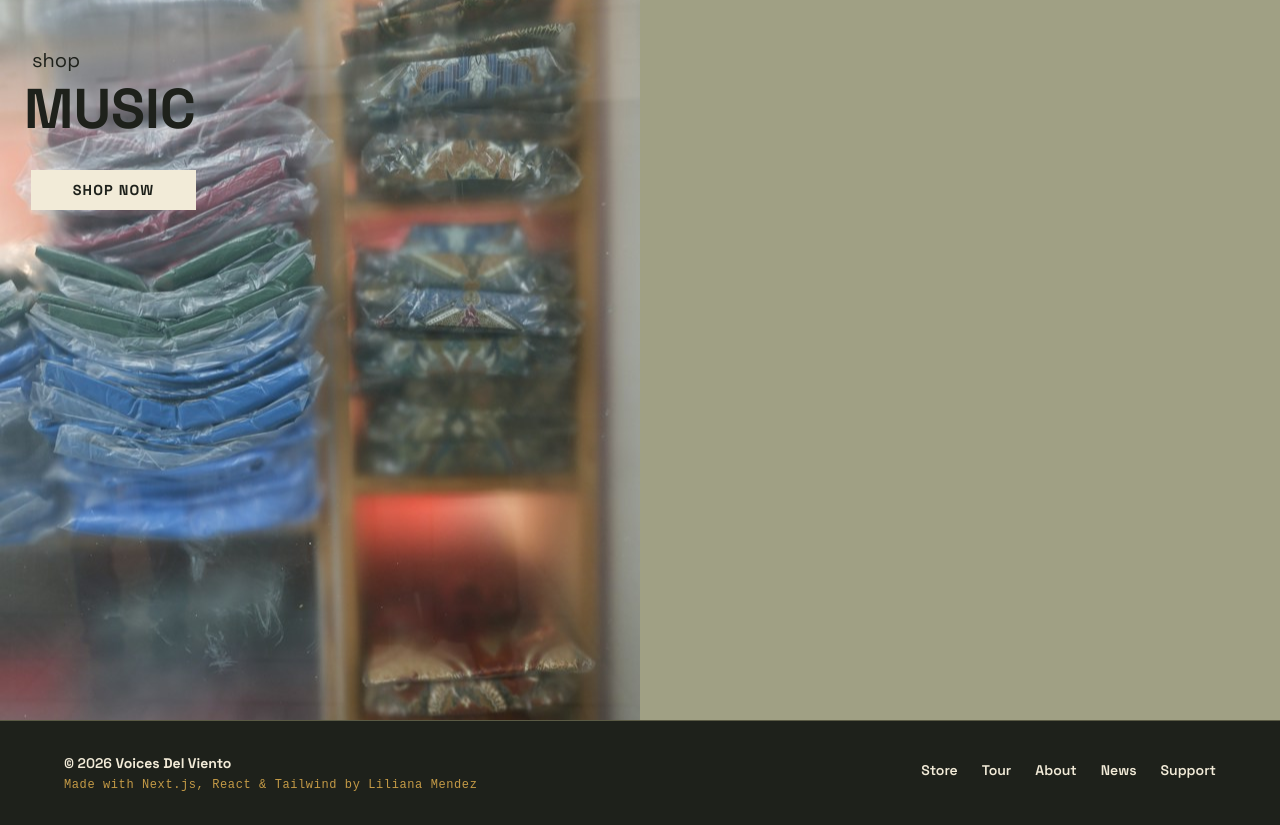
Repository: lime929/voices-del-viento
Page: /
These files come from the project's save history. The page is drawn as it stood at one moment and after the next save; the edit follows.
The browser window is 1280 px wide. The pictures show the part of the page from y = 601 to 1426 px (the page is 1426 px tall).
The project was rebuilt for these pictures with package versions that can differ from the ones it lists, and the page was loaded fresh each time. The framework's server and built-in components were replaced by stand-ins that run in the browser. Also part of the build but not shown: next.config.mjs.

Above is the page before, as saved 2026-09-27 16:01:44.

### app/layout.jsx
import '../app/globals.css';
import Footer from '../app/components/Footer';
import NavBar from '../app/components/NavBar';


export const metadata = {
  title: "Voces del Viento",
  description:
    "Voces del Viento is a Mexican indie rock band from Michoacán, blending classic Latin rock influences with modern sounds inspired by Caifanes, Juanes, and Los Enanitos Verdes. Discover their heartfelt music, cultural roots, and energetic live performances.",
  keywords: [
    "Voces del Viento",
    "Mexican indie rock",
    "Michoacán, Mexico",
    "Latin rock",
    "Alternative music",
    "band from Mexico",
    "indie music",
  ],
};

export default function MainLayout({ children }) {
  return (
    <html lang="en">
      <body>
        <NavBar />
        {children}
        <Footer />
      </body>
    </html>
  );
}

### app/page.jsx
import styles from "./page.module.css"

export const metadata = {
  title: "Voces del Viento",
  description:
    "Welcome to the official website of Voces del Viento, a Mexican indie rock band from Michoacán blending classic Latin rock influences with modern indie sound.",
  keywords: [
    "Voces del Viento",
    "Mexican indie rock",
    "Mexican rock band",
    "Michoacán band",
    "Latin rock",
    "indie music",
    "Mexican alternative music",
    "Voces del Viento music",
    "new Mexican music",
    "live band performances",
    "band tour",
    "Mexican indie band",
  ],
};

export default function Home() {
  return (
    <>
    <main>
          <section className={styles.videoBanner}>
        <video
          className={styles.bannerVideo}
          autoPlay
          loop
          muted
          playsInline
          preload="metadata"
          aria-hidden="true"
        >
          <source src="/images/home/home-banner.mp4" type="video/mp4" />
        </video>

        <div className={styles.videoOverlay} />

        <div className={styles.videoContent}>
          <p className={styles.videoEyebrow}>new</p>
          <h1>noche eterna</h1>
          <p>
            Another story, told through music.
          </p>
          <a href="/store/music" className={styles.bannerButton}>shop now</a>
        </div>
      </section>

      <section className={styles.shopGrid}>
            <article className={styles.gridCard}>
      <p>shop</p>
      <h2>music</h2>
       <a href="/store/music" className={styles.bannerButton}>shop now</a>
    </article>
      </section>

    </main>

    </>
  );
}

### app/globals.css
/* @import url("https://fonts.googleapis.com/css2?family=Bebas+Neue&family=DM+Sans:opsz,wght@9..40,400;9..40,500;9..40,600;9..40,700&family=Space+Mono:wght@400;700&display=swap");
@import url('https://fonts.googleapis.com/css2?family=Space+Grotesk:wght@300..700&display=swap'); */

@import url('https://fonts.googleapis.com/css2?family=Archivo+Black&family=Bebas+Neue&family=DM+Sans:ital,opsz,wght@0,9..40,100..1000;1,9..40,100..1000&family=Oswald:wght@200..700&family=Roboto+Mono:ital,wght@0,100..700;1,100..700&family=Space+Grotesk:wght@300..700&display=swap');
@import "tailwindcss";

@theme {
      /* Large headings and album titles */
  --font-display: "Bebas Neue", sans-serif;
    /* Paragraphs, navigation, and buttons */
  --font-body: "Space Grotesk", sans-serif;
    /* Dates, labels, and small details */
  --font-mono: "Space Mono", monospace;

    /* Main page background */
  --color-band-bg: #A0A084;
    /* Main text, dark sections & footer */
  --color-band-ink: #1E211B;
    /* Text on dark/red backgrounds */
  --color-band-cream: #F2EBD8;
    /* Borders and secondary accents */
  --color-band-olive: #5a5a44;
    /* Small highlights and labels */
  --color-band-gold: #C49A46;
}

body {
  font-family: var(--font-body);
  background-color: var(--color-band-bg);
  color: var(--color-band-ink);
  margin: 0;
  padding: 0;
}

### app/components/Footer.jsx
'use client';

import { usePathname } from "next/navigation";
export default function Footer() {
    const pathname = usePathname();

  return (
    <footer className="border-t border-band-olive bg-band-ink py-8 px-4 sm:px-6">
      <div className="mx-auto max-w-6xl">
        <div className="flex flex-col items-center justify-between gap-8 text-sm md:flex-row">
          {/* Copyright */}
          <div className="order-2 text-center md:order-1 md:text-left">
            <p className="font-semibold text-band-cream">
              © {new Date().getFullYear()}{' '}
              <span className="font-black text-band-cream">Voices Del Viento</span>
            </p>
            <p className="mt-1 font-mono text-xs tracking-wider text-band-gold">
              Made with Next.js, React & Tailwind by Liliana Mendez
            </p>
          </div>

          {/* Right links */}
          <nav className="order-1 flex items-center gap-6 md:order-2">
            <a
              href="/store"
              className={`${
                      pathname === "/store" ? "border-b-2 border-band-gold text-band-gold" : "border-b-2 border-transparent text-band-cream hover:text-band-gold hover:border-band-gold"
                    } text-sm font-semibold pb-1 transition-all`}
            >
              Store
            </a>
            <a
              href="/tour"
              className={`${
                      pathname === "/tour" ? "border-b-2 border-band-gold text-band-gold" : "border-b-2 border-transparent text-band-cream hover:text-band-gold hover:border-band-gold"
                    } text-sm font-semibold pb-1 transition-all`}
            >
              Tour
            </a>
            <a
              href="/about"
              className={`${
                      pathname === "/about" ? "border-b-2 border-band-gold text-band-gold" : "border-b-2 border-transparent text-band-cream hover:text-band-gold hover:border-band-gold"
                    } text-sm font-semibold pb-1 transition-all`}
            >
              About
            </a>
            <a
              href="/news"
              className={`${
                      pathname === "/news" ? "border-b-2 border-band-gold text-band-gold" : "border-b-2 border-transparent text-band-cream hover:text-band-gold hover:border-band-gold"
                    } text-sm font-semibold pb-1 transition-all`}
            >
              News
            </a>
            <a
              href="/support"
              className={`${
                      pathname === "/support" ? "border-b-2 border-band-gold text-band-gold" : "border-b-2 border-transparent text-band-cream hover:text-band-gold hover:border-band-gold"
                    } text-sm font-semibold pb-1 transition-all`}
            >
              Support
            </a>
          </nav>
        </div>
      </div>
    </footer>
  );
}

### app/components/NavBar.jsx
'use client';
import { useState } from "react";
import Link from "next/link";
import Image from "next/image";
import { usePathname } from "next/navigation";
import { FaBars, FaTimes, FaFacebook, FaInstagram, FaYoutube, FaTwitter,FaSpotify } from "react-icons/fa";
import logoIcon from '../../app/icon.png';

export default function NavBar() {
  const [isMobileMenuOpen, setIsMobileMenuOpen] = useState(false);
  const pathname = usePathname();

  return (
    <>
      <nav className="bg-band-ink border-b border-band-olive sticky top-0 z-50">
        <div className="px-4 lg:px-6">
          <div className="relative flex h-24 items-center justify-between">

            {/* Mobile menu button: always positioned absolute left and hidden on md+ screens */}
            <div className="absolute inset-y-0 left-0 flex items-center md:hidden">
              <button
                onClick={() => setIsMobileMenuOpen(!isMobileMenuOpen)}
                className="inline-flex items-center justify-center p-2 rounded-md text-band-cream hover:text-band-gold hover:bg-band-olive/20 focus:outline-none focus:ring-2 focus:ring-band-gold"
                aria-controls="mobile-menu"
                aria-expanded={isMobileMenuOpen}
              >
                <span className="sr-only">Open main menu</span>
                {isMobileMenuOpen ? (
                  <FaTimes className="block h-6 w-6" />
                ) : (
                  <FaBars className="block h-6 w-6" />
                )}
              </button>
            </div>

            <div className="flex flex-1 items-center justify-center md:justify-start">
              <Link href="/" className="flex flex-shrink-0 items-center gap-2 hover:opacity-90 transition">
                <Image
                  src={logoIcon}
                  alt="Voices Del Viento Logo"
                  width={50}
                  height={50}
                  priority
                />

                <span className="hidden font-display text-4xl font-bold uppercase tracking-wide text-band-cream transition-colors hover:text-band-gold md:block md:mr-9">
                Voces Del Viento
                </span>
              </Link>


              <div className="hidden md:ml-6 md:block md:pt-2">
                <div className="flex space-x-4 lg:space-x-6">
                  <Link
                    href="/store"
                    className={`${
                      pathname === "/store" ? "border-b-2 border-band-gold text-band-gold" : "border-b-2 border-transparent text-band-cream hover:text-band-gold hover:border-band-gold"
                    } text-lg font-semibold pb-1 transition-all`}
                  >
                    Store
                  </Link>
                  <Link
                    href="/tour"
                    className={`${
                      pathname === "/tour" ? "border-b-2 border-band-gold text-band-gold" : "border-b-2 border-transparent text-band-cream hover:text-band-gold hover:border-band-gold"
                    } text-lg font-semibold pb-1 transition-all`}
                  >
                    Tour
                  </Link>
                  <Link
                    href="/about"
                    className={`${
                      pathname === "/about" ? "border-b-2 border-band-gold text-band-gold" : "border-b-2 border-transparent text-band-cream hover:text-band-gold hover:border-band-gold"
                    } text-lg font-semibold pb-1 transition-all`}
                  >
                    About
                  </Link>
                  <Link
                    href="/news"
                    className={`${
                      pathname === "/news" ? "border-b-2 border-band-gold text-band-gold" : "border-b-2 border-transparent text-band-cream hover:text-band-gold hover:border-band-gold"
                    } text-lg font-semibold pb-1 transition-all`}
                  >
                    News
                  </Link>
                  <Link
                    href="/support"
                    className={`${
                      pathname === "/support" ? "border-b-2 border-band-gold text-band-gold" : "border-b-2 border-transparent text-band-cream hover:text-band-gold hover:border-band-gold"
                    } text-lg font-semibold pb-1 transition-all`}
                  >
                    Support
                  </Link>
                </div>
              </div>
            </div>

            <div className="absolute inset-y-0 right-0 flex items-center pr-2 md:static md:ml-6 md:pr-0">
              <div className="flex items-center gap-2 text-band-cream">
             <a href="https://www.facebook.com/" target="_blank" className="relative p-2 rounded-full transition-transform duration-250 ease-in-out hover:scale-110 hover:text-band-gold">
                    <FaFacebook className="h-6 w-6" />
                </a>
             <a href="https://www.instagram.com/" target="_blank" className="relative p-2 rounded-full transition-transform duration-250 ease-in-out hover:scale-110 hover:text-band-gold">
                    <FaInstagram className="h-6 w-6"/>
                </a>
             <a href="https://www.youtube.com/" target="_blank" className="relative p-2 rounded-full transition-transform duration-250 ease-in-out hover:scale-110 hover:text-band-gold">
                    <FaYoutube className="h-6 w-6" />
                </a>
             <a href="https://www.x.com/" target="_blank" className="relative p-2 rounded-full transition-transform duration-250 ease-in-out hover:scale-110 hover:text-band-gold">
                    <FaTwitter className="h-6 w-6" />
                </a>
            <a href="https://www.spotify.com/" target="_blank" className="relative p-2 rounded-full transition-transform duration-250 ease-in-out hover:scale-110 hover:text-band-gold">
                    <FaSpotify className="h-6 w-6" />
                </a>
              </div>
            </div>
          </div>
        </div>

        {/* Mobile menu */}
        {isMobileMenuOpen && (
          <div className="md:hidden bg-band-ink/95 backdrop-blur-md border-t border-band-olive px-4 pb-4 pt-2 space-y-1">
            <Link
              href="/store"
              className={`${
                pathname === "/store" ? "bg-band-olive/20 text-band-cream" : "border-b-2 border-transparent text-band-cream hover:bg-band-olive/20 hover:text-band-gold"
              } block rounded-md px-3 py-3 text-base font-semibold transition-colors`}
              onClick={() => setIsMobileMenuOpen(false)}
            >
              Store
            </Link>
            <Link
              href="/tour"
              className={`${
                pathname === "/tour" ? "bg-band-olive/20 text-band-cream" : "border-b-2 border-transparent text-band-cream hover:bg-band-olive/20 hover:text-band-gold"
              } block rounded-md px-3 py-3 text-base font-semibold transition-colors`}
              onClick={() => setIsMobileMenuOpen(false)}
            >
              Tour
            </Link>
            <Link
              href="/about"
              className={`${
                pathname === "/about" ? "bg-band-olive/20 text-band-cream" : "border-b-2 border-transparent text-band-cream hover:bg-band-olive/20 hover:text-band-gold"
              } block rounded-md px-3 py-3 text-base font-semibold transition-colors`}
              onClick={() => setIsMobileMenuOpen(false)}
            >
              About
            </Link>
            <Link
              href="/news"
              className={`${
                pathname === "/news" ? "bg-band-olive/20 text-band-cream" : "border-b-2 border-transparent text-band-cream hover:bg-band-olive/20 hover:text-band-gold"
              } block rounded-md px-3 py-3 text-base font-semibold transition-colors`}
              onClick={() => setIsMobileMenuOpen(false)}
            >
              News
            </Link>
            <Link
              href="/support"
              className={`${
                pathname === "/support" ? "bg-band-olive/20 text-band-cream" : "border-b-2 border-transparent text-band-cream hover:bg-band-olive/20 hover:text-band-gold"
              } block rounded-md px-3 py-3 text-base font-semibold transition-colors`}
              onClick={() => setIsMobileMenuOpen(false)}
            >
              Support
            </Link>
          </div>
        )}
      </nav>
    </>
  );
}

### app/page.module.css
/* BANNER */
.videoBanner {
  position: relative;
  display: grid;
  min-height: clamp(28rem, 70vh, 48rem);
  overflow: hidden;
  place-items: end start;
  background-color: var(--color-band-ink);
  color: var(--color-band-cream);
}

.bannerVideo {
  position: absolute;
  inset: 0;
  width: 100%;
  height: 100%;
  object-fit: cover;
  object-position: center;
}

.videoOverlay {
  position: absolute;
  inset: 0;
  background: linear-gradient(
    90deg,
    rgba(20, 20, 18, 0.75) 0%,
    rgba(20, 20, 18, 0.42) 55%,
    rgba(20, 20, 18, 0.1) 100%
  );
}

.videoContent {
  position: relative;
  z-index: 1;
  max-width: 48rem;
  padding: clamp(1.5rem, 5vw, 5rem);
}

.videoEyebrow {
  margin: 0 0 0.75rem;
  color: var(--color-band-gold);
  font-size: 0.75rem;
  font-weight: 700;
  letter-spacing: 0.14em;
  text-transform: uppercase;
}

.videoContent h1 {
  margin: 0;
  font-size: clamp(3rem, 8vw, 5rem);
  line-height: 0.9;
  font-weight: 900;
  white-space: nowrap;
  text-transform: uppercase;
}

.videoContent p {
  max-width: 35rem;
  margin: 1.25rem 0.5rem 0.5rem;
  font-size: clamp(1rem, 2vw, 1.25rem);
  line-height: 1.6;
}

.bannerButton {
  display: inline-flex;
  align-items: center;
  justify-content: center;
  width: 165px;
  height: 40px;
  margin: 2.25rem 0.44rem 0;
  border: 1px solid var(--color-band-cream);
  background: var(--color-band-cream);
  color: var(--color-band-ink);
  font-size: 0.9rem;
  font-weight: 700;
  letter-spacing: 0.08em;
  text-transform: uppercase;
  text-decoration: none;
  transition: background-color 0.2s ease, color 0.2s ease, border-color 0.2s ease;
}

.bannerButton:hover {
  background: var(--color-band-ink);
  color: var(--color-band-cream);
  border-color: var(--color-band-cream);
}

@media (max-width: 640px) {
  .videoBanner {
    min-height: 34rem;
  }

  .videoOverlay {
    background: linear-gradient(
      0deg,
      rgba(20, 20, 18, 0.82) 0%,
      rgba(20, 20, 18, 0.18) 100%
    );
  }
}

/* shop grid */
 .shopGrid {
  display: grid;
  grid-template-columns: repeat(2, minmax(0, 1fr));
  min-height: 100vh;
}

.gridCard p {
  max-width: 35rem;
  margin: 1.25rem 0.5rem 0.5rem;
  font-size: clamp(1rem, 2vw, 1.25rem);
  line-height: 1.6;
}
.gridCard h2 {
  margin: 0;
  font-size: clamp(1.5rem, 8vw, 3.5rem);
  line-height: 0.9;
  font-weight: 900;
  white-space: nowrap;
  text-transform: uppercase;
}
.gridCard {
  display: flex;
  flex-direction: column;
  padding: 1.5rem;
  min-height: 100%;
  color: var(--color-band-ink);
  background-image: url("/images/home/merch.jpg");
  background-size: cover;
  background-position: center;
}

After the next save:
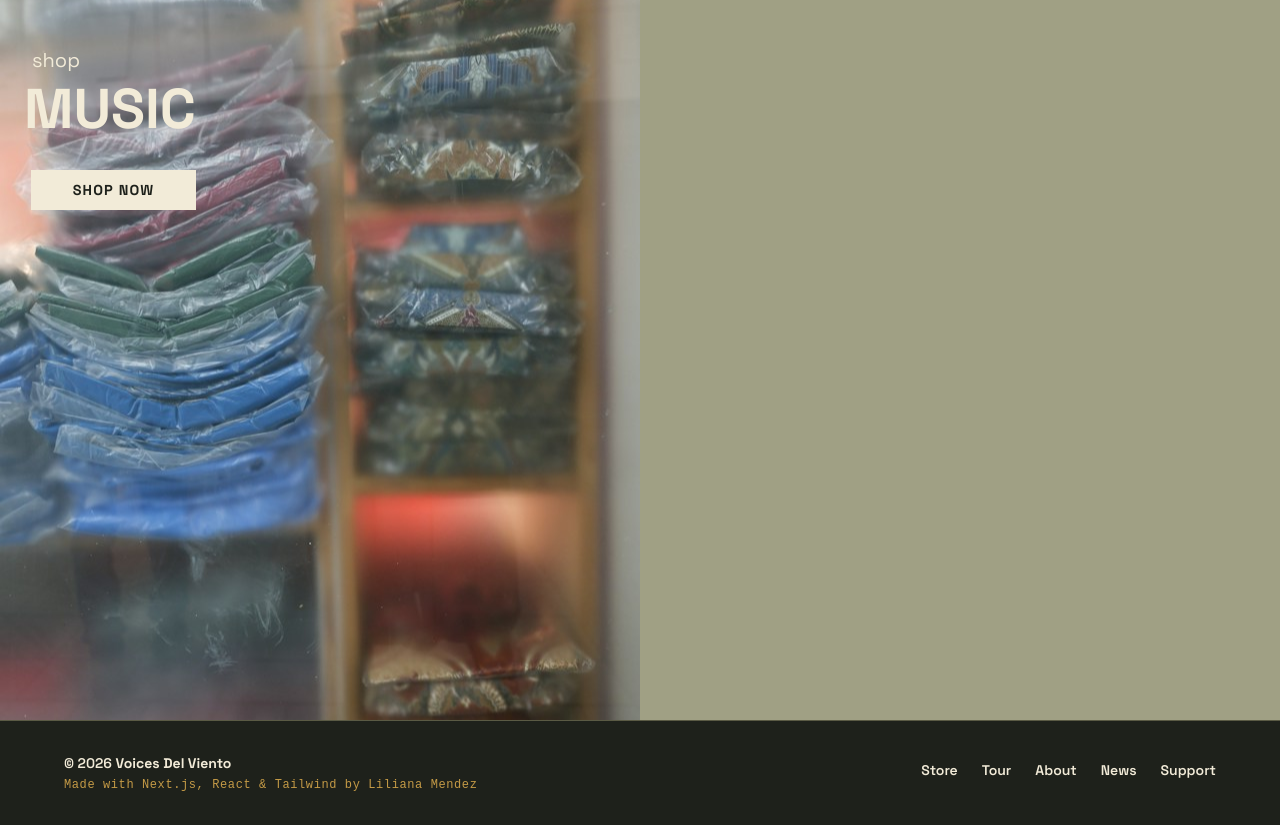
Saved 22 s later.
--- a/app/page.module.css
+++ b/app/page.module.css
@@ -111,6 +111,8 @@
   margin: 1.25rem 0.5rem 0.5rem;
   font-size: clamp(1rem, 2vw, 1.25rem);
   line-height: 1.6;
+      color: var(--color-band-cream);
+
 }
 .gridCard h2 {
   margin: 0;
@@ -119,6 +121,8 @@
   font-weight: 900;
   white-space: nowrap;
   text-transform: uppercase;
+    color: var(--color-band-cream);
+
 }
 .gridCard {
   display: flex;
